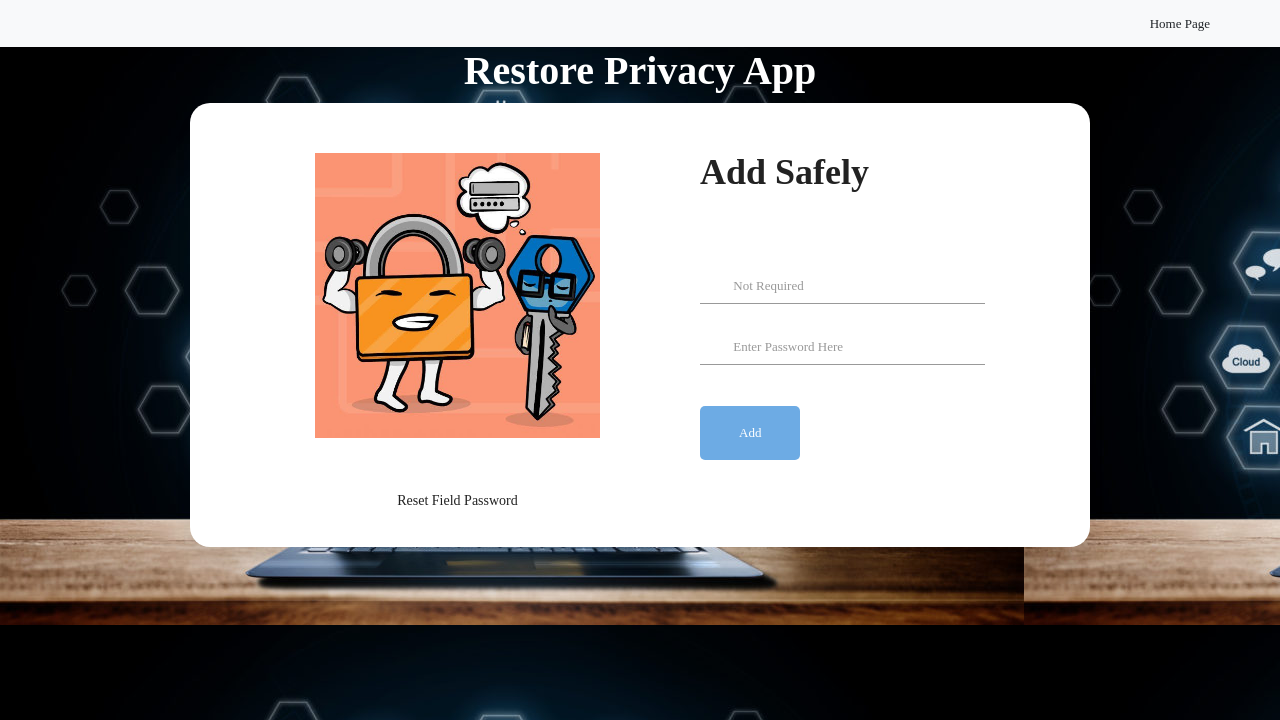
Repository: Sunil-731820/AllWorkingModels
Page: http://localhost/PasswordManagerApp/AddPassword.jsp
An editor plug-in stored every save of this project. The page is shown before and after the next save, followed by the edit.
The browser window is 1280 px wide. The pictures show the whole page.
Some web fonts or font styles are not loaded; a fallback is used. Some web libraries are served in a nearby version. The page is served by Tomcat 9. Other server files are loaded and not shown.

Above is the page before, as saved 2022-09-27 08:54:02.

### PasswordManagerApp/src/main/webapp/AddPassword.jsp
<%@page import="com.java.jsp.EncrptionOfPinCode"%>
<%@page import="com.java.jsp.AddPassword"%>
<%@page import="com.java.jsp.AddPasswordDAO"%>
<%@ page language="java" contentType="text/html; charset=ISO-8859-1"
    pageEncoding="ISO-8859-1"%>
<!DOCTYPE html>
<html>
<head>
<meta charset="ISO-8859-1">
<title>Insert title here</title>
<link rel="stylesheet" href="fonts/material-icon/css/material-design-iconic-font.min.css">
        <link rel="stylesheet"
              href="https://stackpath.bootstrapcdn.com/bootstrap/4.3.1/css/bootstrap.min.css">
        <link rel="stylesheet"
              href="https://maxcdn.bootstrapcdn.com/font-awesome/4.7.0/css/font-awesome.min.css">
        <script
        src="https://ajax.googleapis.com/ajax/libs/jquery/3.3.1/jquery.min.js"></script>
        <script
        src="https://cdnjs.cloudflare.com/ajax/libs/popper.js/1.14.7/umd/popper.min.js"></script>
        <script
        src="https://stackpath.bootstrapcdn.com/bootstrap/4.3.1/js/bootstrap.min.js"></script>
        <link
            href="//maxcdn.bootstrapcdn.com/bootstrap/4.0.0/css/bootstrap.min.css"
            rel="stylesheet" id="bootstrap-css">
        <script
        src="//maxcdn.bootstrapcdn.com/bootstrap/4.0.0/js/bootstrap.min.js"></script>
        <script
        src="//cdnjs.cloudflare.com/ajax/libs/jquery/3.2.1/jquery.min.js"></script>
        <link rel="stylesheet" href="css/register.css" type="text/css" />
         <style type="text/css">
        body {
            background-image: url("img/pass4.jpeg");
            background-color: #cccccc;
        }
        .img-rounded {
            height: 100%;
            width: 100%;
        }
        h1 {
            color: white;
            text-align: center;
        }
    </style>
</head>
<body>
<%
	AddPasswordDAO dao = new AddPasswordDAO();
	EncrptionOfPinCode erc1 = new EncrptionOfPinCode();

%>
<nav class="navbar navbar-expand-md navbar-light bg-light">
            <a href="#" class="navbar-brand">
            </a>
            <button type="button" class="navbar-toggler" data-toggle="collapse"
                    data-target="#navbarCollapse">
                <span class="navbar-toggler-icon"></span>
            </button>

            <div class="collapse navbar-collapse" id="navbarCollapse">
                <div class="navbar-nav ml-auto" style="margin-right: 30px;">
                    <a class="dropdown-item" href="HomePage.jsp">Home Page</a>
                </div>
            </div>
        </nav>
        <div>
            <h1>
                <b> Restore Privacy App </b>
            </h1>
        </div>
        <!-- Sing in  Form -->
        <form action="AddPassword.jsp" method="get">
            <section class="sign-in">
                <div class="container">
                    <div class="signin-content">
                        <div class="signin-image">
                            <figure><img src="img/addPassImg.jpg" alt="sing up image"></figure>
                            <a href="AddPassword.jsp" class="signup-image-link">Reset Field Password </a>&nbsp;&nbsp;&nbsp;&nbsp;&nbsp;

                        </div>

                        <div class="signin-form">
                            <h2 class="form-title">Add Safely</h2>
                            <form method="get" class="register-form" id="login-form">
                             &nbsp;&nbsp;&nbsp;&nbsp;&nbsp;&nbsp;&nbsp;&nbsp;&nbsp;&nbsp;<h4></h4>
                                <div class="form-group">
                                    <label for="your_name"><i class="zmdi zmdi-account material-icons-name"></i></label>
                                    <input type="number" name="normal" id="your_name" placeholder=" Not Required " />
                                </div>

                                <div class="form-group">
                                    <label for="your_name"><i class="zmdi zmdi-account material-icons-name"></i></label>
                                    <input type="text" name="AddPassword" id="your_name" placeholder=" Enter Password Here " required="required"/>
                                </div>

                                <div class="form-group form-button">
                                    <input type="submit" name="signin" id="signin" class="form-submit" value="Add"/>
                                </div>
                            </form>
                        </div>
                    </div>
                </div>
            </section>
        </form>

        <%
        	if(request.getParameter("AddPassword")!=null || request.getParameter("normal")!=null){
        		AddPassword add = new AddPassword();
        		String AddPassword = request.getParameter("AddPassword");
            	String addP =  erc1.encrypt(AddPassword);
        		add.setAddPassword(addP);
        		dao.addPassWordSafely(add);

        		 %>
            	 <jsp:forward page="PasswordAddedSuccessFully.jsp"/>

            	<%
            }
            %>

</body>
</html>

### PasswordManagerApp/src/main/java/com/java/jsp/AddPasswordDAO.java
package com.java.jsp;

import java.sql.Connection;
import java.sql.PreparedStatement;
import java.sql.SQLException;

public class AddPasswordDAO {

	Connection connection;
	PreparedStatement pst;

	public String addPassWordSafely(AddPassword AddPassword) throws ClassNotFoundException, SQLException {
		connection = ConnectionHelper.getConnection();
		String cmd = "insert into savepassword(AddPassword)"+
				" values (?)";
		pst  = connection.prepareStatement(cmd);
		pst.setString(1, AddPassword.getAddPassword());
		pst.executeUpdate();
		return "Password is addess Suceesfully";

	}

}

### PasswordManagerApp/src/main/java/com/java/jsp/EncrptionOfPinCode.java
package com.java.jsp;
import java.nio.charset.StandardCharsets;
import java.security.spec.KeySpec;
import java.util.Base64;
import java.util.Scanner;

import javax.crypto.Cipher;
import javax.crypto.SecretKey;
import javax.crypto.SecretKeyFactory;
import javax.crypto.spec.IvParameterSpec;
import javax.crypto.spec.PBEKeySpec;
import javax.crypto.spec.SecretKeySpec;

public class EncrptionOfPinCode {
	private static final String SECRET_KEY
    = "my_super_secret_key_ho_ho_ho";

    private static final String SALT = "ssshhhhhhhhhhh!!!!";

// This method use to encrypt to string
public static String encrypt(String strToEncrypt)
{
    try {

        // Create default byte array
        byte[] iv = { 0, 0, 0, 0, 0, 0, 0, 0,
                      0, 0, 0, 0, 0, 0, 0, 0 };
        IvParameterSpec ivspec
            = new IvParameterSpec(iv);

        // Create SecretKeyFactory object
        SecretKeyFactory factory
            = SecretKeyFactory.getInstance(
                "PBKDF2WithHmacSHA256");

        // Create KeySpec object and assign with
        // constructor
        KeySpec spec = new PBEKeySpec(
            SECRET_KEY.toCharArray(), SALT.getBytes(),
            65536, 256);
        SecretKey tmp = factory.generateSecret(spec);
        SecretKeySpec secretKey = new SecretKeySpec(
            tmp.getEncoded(), "AES");

        Cipher cipher = Cipher.getInstance(
            "AES/CBC/PKCS5Padding");
        cipher.init(Cipher.ENCRYPT_MODE, secretKey,
                    ivspec);
        // Return encrypted string
        return Base64.getEncoder().encodeToString(
            cipher.doFinal(strToEncrypt.getBytes(
                StandardCharsets.UTF_8)));
    }
    catch (Exception e) {
        System.out.println("Error while encrypting: "
                           + e.toString());
    }
    return null;

	}
}

Loaded but not shown: PasswordManagerApp/src/main/webapp/css/register.css (590 lines, source omitted)

After the next save:
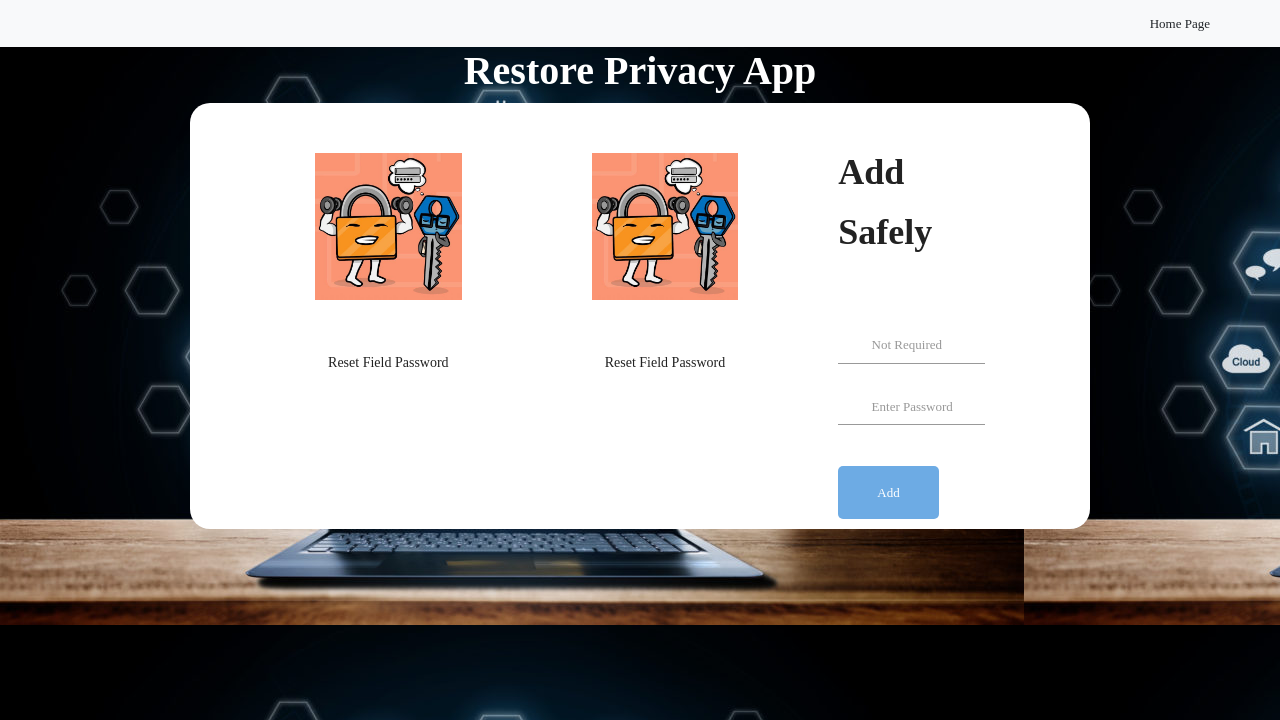
Saved 59 s later.
--- a/PasswordManagerApp/src/main/webapp/AddPassword.jsp
+++ b/PasswordManagerApp/src/main/webapp/AddPassword.jsp
@@ -77,6 +77,11 @@
                             <a href="AddPassword.jsp" class="signup-image-link">Reset Field Password </a>&nbsp;&nbsp;&nbsp;&nbsp;&nbsp;
 
                         </div>
+                        <div class="signin-image">
+                            <figure><img src="img/addPassImg.jpg" alt="sing up image"></figure>
+                            <a href="AddPassword.jsp" class="signup-image-link">Reset Field Password </a>&nbsp;&nbsp;&nbsp;&nbsp;&nbsp;
+
+                        </div>
 
                         <div class="signin-form">
                             <h2 class="form-title">Add Safely</h2>
